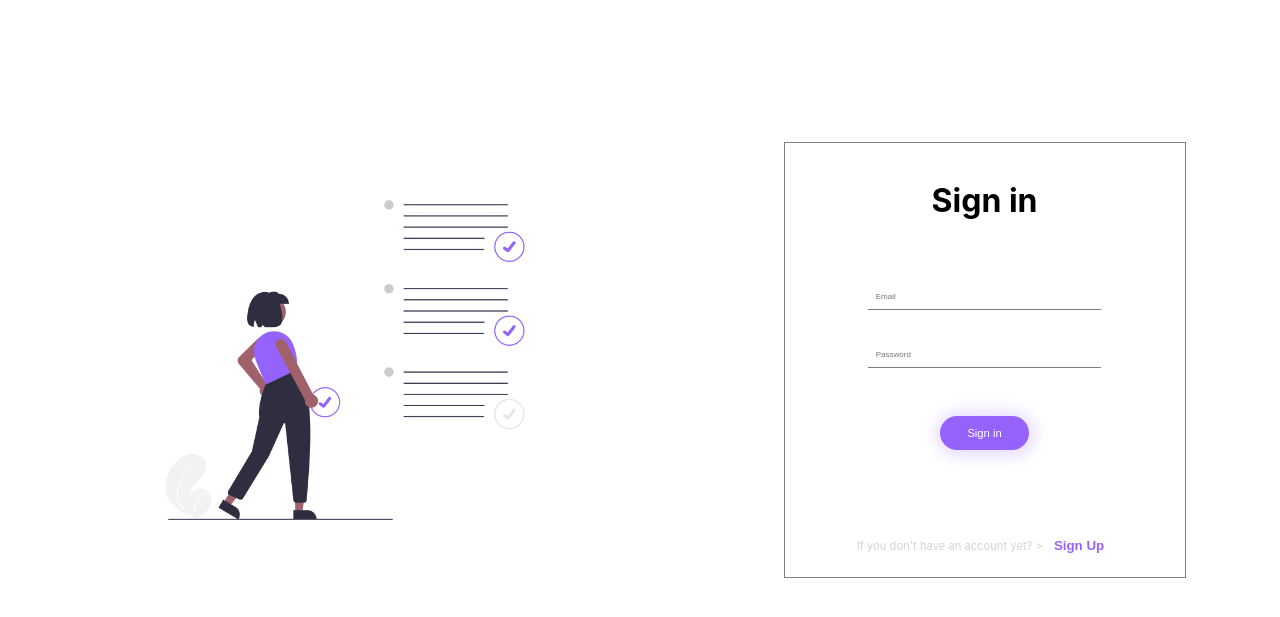
Repository: EEOOOO/wanted-pre-onboarding-fe
Page: / (app in to-do-list-app/)
The author's editor kept a copy of each file at every save. The page is drawn from the files as they stood at one save, then again after the next save.
The browser window is 1280 px wide. The pictures show the whole page.
The project was rebuilt for these pictures with package versions that can differ from the ones it lists, and the page was loaded fresh each time. Also part of the build but not shown: to-do-list-app/src/components/sign_up/sign_up.module.css, to-do-list-app/src/components/sign_up/sign_up.jsx, to-do-list-app/src/components/todoList/todo_list.jsx.

Above is the page before, as saved 2022-08-22 00:50:36.

### to-do-list-app/public/index.html
<!DOCTYPE html>
<html lang="en">
  <head>
    <meta charset="utf-8" />
    <link rel="icon" href="%PUBLIC_URL%/logo.png" />
    <meta name="viewport" content="width=device-width, initial-scale=1" />
    <meta name="theme-color" content="#000000" />
    <meta
      name="description"
      content="Web site created using create-react-app"
    />
    <link rel="apple-touch-icon" href="%PUBLIC_URL%/logo.png" />
    <link rel="manifest" href="%PUBLIC_URL%/manifest.json" />
    <title>Todo List App</title>
  </head>
  <body>
    <div id="root"></div>
  </body>
</html>

### to-do-list-app/src/App.js
import style from './app.module.css';
import { Routes, Route } from 'react-router-dom'
import Login from './components/login/login';
import TodoList from './components/todoList/todo_list';

function App() {
  return <div className={style.App}>
    <Routes>
      <Route path="/" element={<Login/>}></Route>
      <Route path="todo" element={<TodoList/>}></Route>
    </Routes>
  </div>
}

export default App;

### to-do-list-app/src/components/login/login.jsx
import React, { useState } from 'react';
import SignIn from '../sign_in/sign_in';
import SignUp from '../sign_up/sign_up';
import style from '../login/login.module.css';
import loginImage from '../login/login_img.png';

const Login = (props) => {
    const goTosignUp = () => {
        setViewableScreen(<SignUp/>)
    }
    const signIn = <SignIn goToSignUp={goTosignUp}/>
    let [viewableScreen, setViewableScreen] = useState(signIn);
    return (
        <div className={style.login}>
            <img src={loginImage} className={style.coverImage}/>
            <div className={style.inputContainer}>{viewableScreen}</div>
        </div>
    )
}

export default Login;

### to-do-list-app/src/components/sign_in/sign_in.jsx
import React from 'react';
import LoginInputForm from '../login_input_form/login_input_form';
import style from '../sign_in/sign_in.module.css'

const SignIn = ({goToSignUp}) => {
    const handleSignInSubmit = (event) => {
        //event.preventDefault();
        console.log(event);
    }
    return(
        <div className={style.signIn}>
            <h1>Sign in</h1>
            <LoginInputForm handleSubmit={handleSignInSubmit} submitContent={'Sign in'}/>
            <span className={style.signUpText}>If you don't have an account yet? &gt; </span>
            <button className={style.signUpButton} onClick={goToSignUp}>Sign Up</button>
        </div>
    )
}

export default SignIn;

### to-do-list-app/src/components/login/login.module.css
.login {
  display: flex;
  height: 100vh;
  justify-content: space-around;
  align-items: center;
}
.inputContainer {
  width: 50%;
  border: 1px solid gray;
  min-width: 235px;
  max-width: 400px;
}
.coverImage {
  width: 50%;
  min-width: 235px;
  max-width: 500px;
}

### to-do-list-app/src/components/login_input_form/login_input_form.jsx
import React from 'react';
import style from '../login_input_form/login_input_form.module.css';
const LoginInputForm = ({handleSubmit, submitContent}) => {
    return (
    <form className={style.inputForm} onSubmit={handleSubmit}>
        <div className={style.email}>
            <input
            type="text"
            className={style.inputEmail}
            placeholder='Email'></input>
        </div>
        <div className={style.password}>
            <input
            type="text"
            className={style.inputPassWord}
            placeholder='Password'></input>
        </div>
        <button type="submit" className={style.submitButton}>{submitContent}</button>
    </form>
    );
};

export default LoginInputForm;

### to-do-list-app/src/components/sign_in/sign_in.module.css
.signIn {
  padding: 1rem;
}
.signUpText {
  color: lightGrey;
  font-size: 0.7rem;
}
.signUpButton {
  background-color: transparent;
  border: none;
  padding: 0.5rem;
  color: rgb(149, 99, 251);
  font-weight: 600;
}

### to-do-list-app/src/components/login_input_form/login_input_form.module.css
.inputForm {
  margin: 3rem;
}
.email,
.password {
  display: flex;
  flex-direction: column;
  align-items: center;
}
input {
  width: 80%;
  font-size: 0.5rem;
  padding: 0.5rem;
  margin: 1rem;
  border: none;
  border-bottom: 0.5px solid gray;
}
.submitButton {
  background-color: rgb(149, 99, 251);
  font-size: 0.7rem;
  color: white;
  border: none;
  padding: 0.7rem 1.7rem;
  border-radius: 17px;
  margin: 2rem 1rem;
  -webkit-box-shadow: 1px 1px 15px 5px rgba(149, 99, 251, 0.23);
  box-shadow: 1px 1px 15px 5px rgba(149, 99, 251, 0.23);
  cursor: pointer;
  transition: transform 200ms ease-in;
}
.submitButton:hover {
  transform: scale(1.05);
}

Loaded but not shown: to-do-list-app/src/index.js (common file); to-do-list-app/src/index.css (common file); to-do-list-app/src/reportWebVitals.js (common file); to-do-list-app/src/app.module.css (common file)

After the next save:
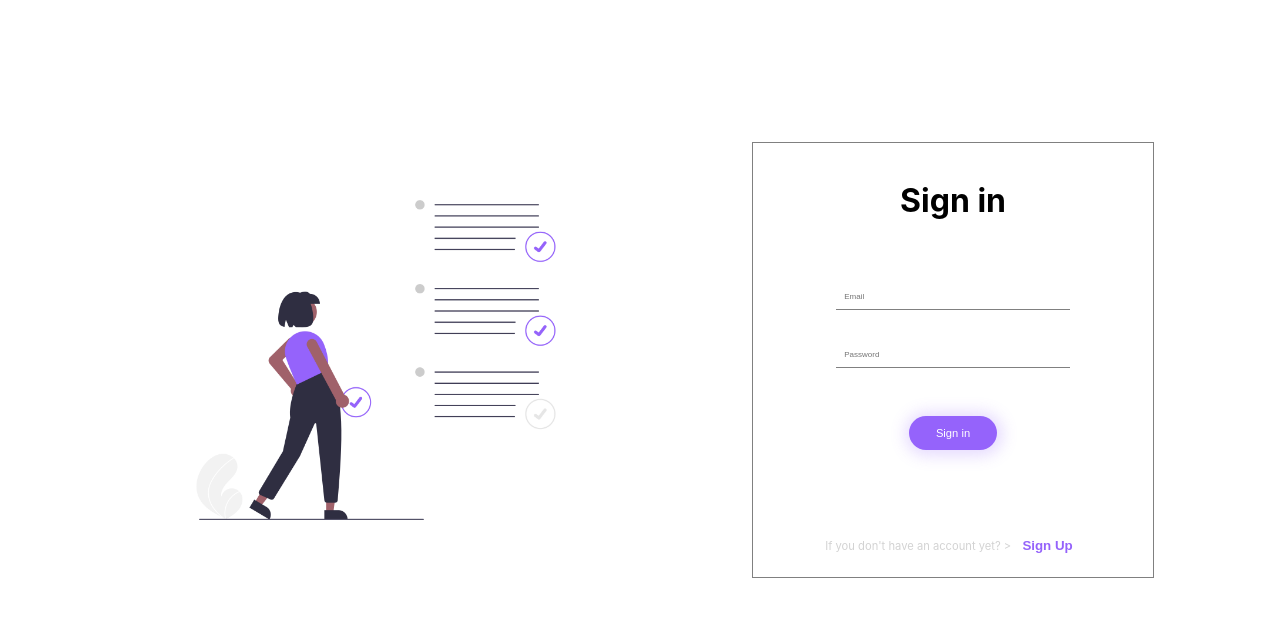
Saved 13 s later.
--- a/to-do-list-app/src/components/login/login.module.css
+++ b/to-do-list-app/src/components/login/login.module.css
@@ -1,7 +1,7 @@
 .login {
   display: flex;
   height: 100vh;
-  justify-content: space-around;
+  justify-content: space-evenly;
   align-items: center;
 }
 .inputContainer {
